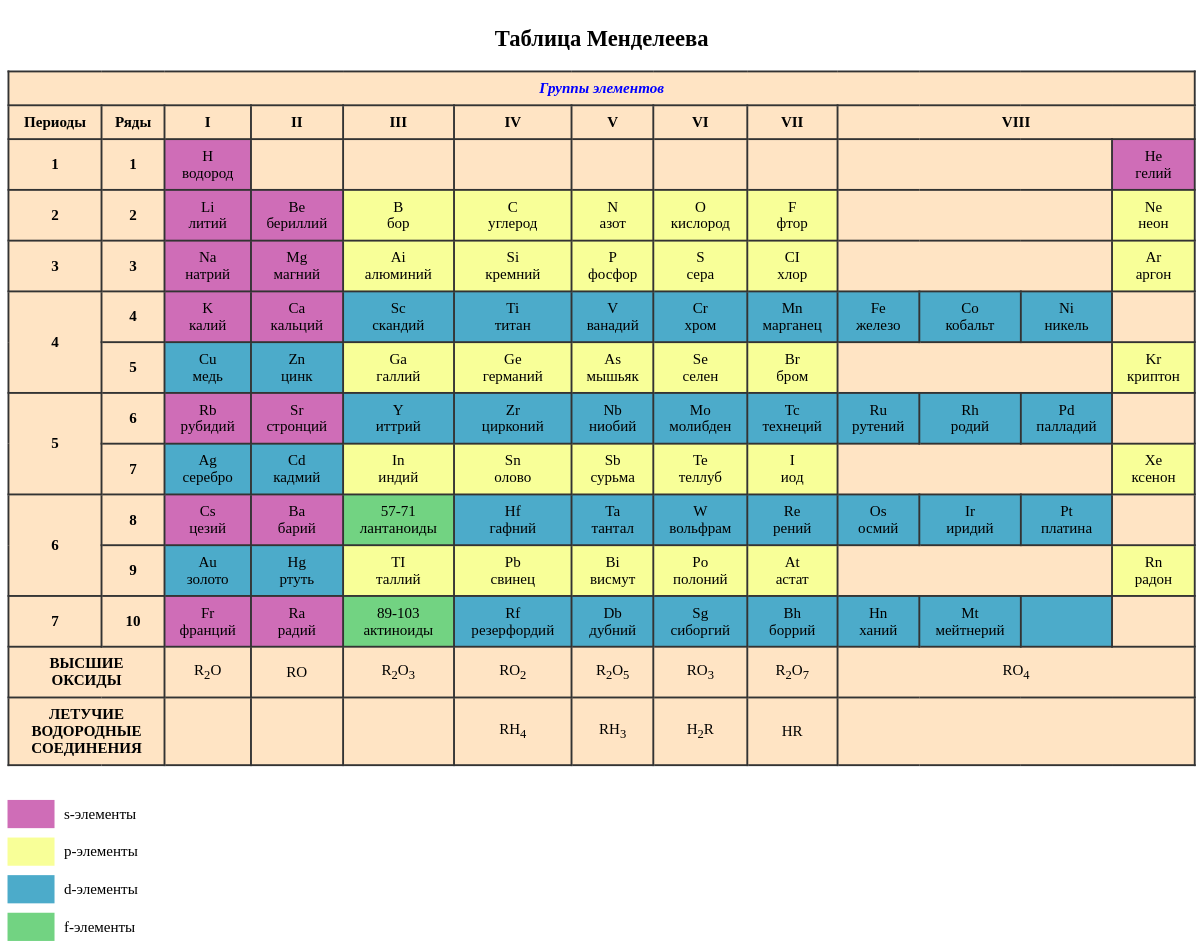
Repository: sannikovcode/exercises-a1
Page: JS/websites/01-periodic table/index.html
An editor plug-in stored every save of this project. The page is shown before and after the next save, followed by the edit.
The browser window is 1280 px wide. The pictures show the whole page, at 94% of full size.

Above is the page before, as saved 2025-10-18 16:25:18.

After the next save:
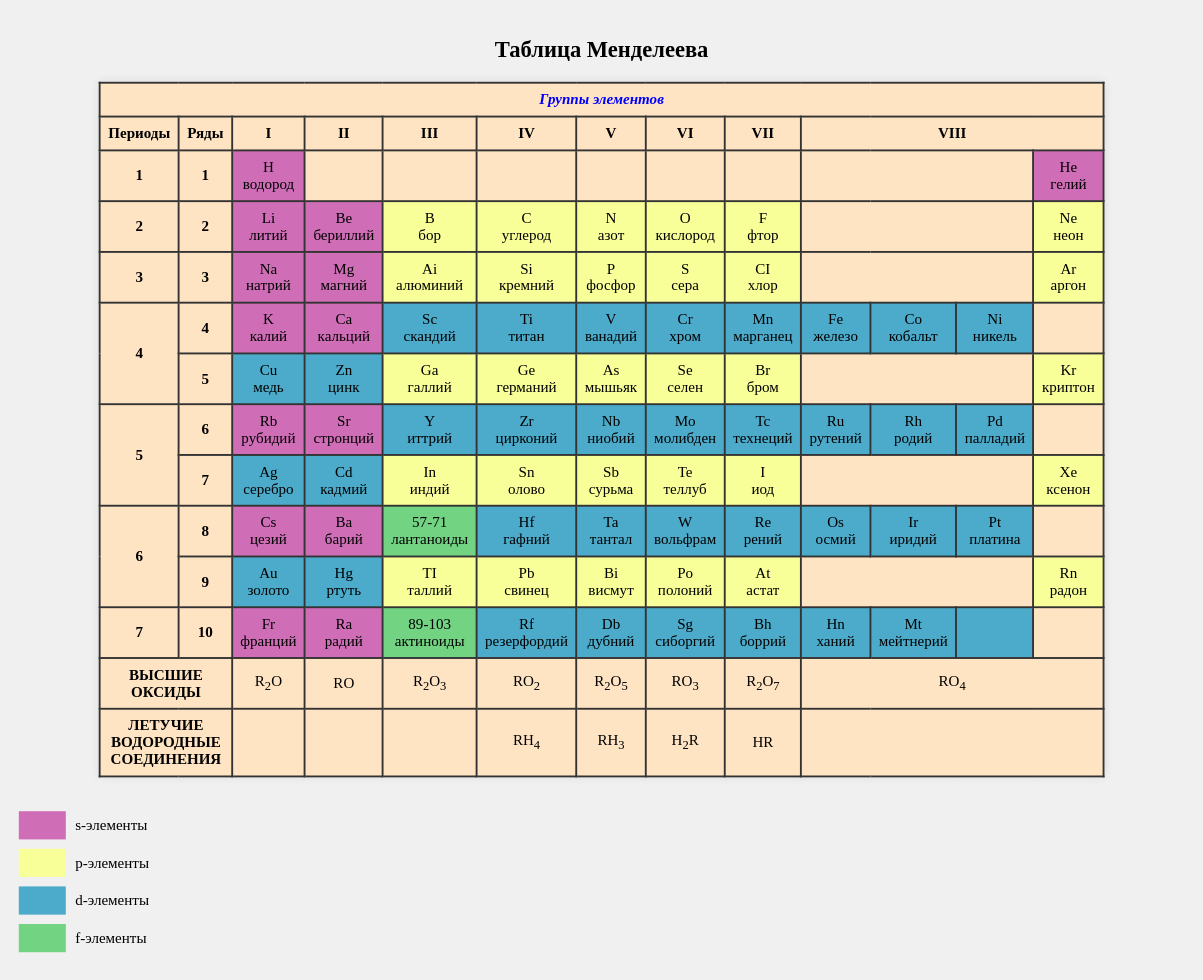
Saved 2 min 17 s later.
--- a/JS/websites/01-periodic table/styles.css
+++ b/JS/websites/01-periodic table/styles.css
@@ -27,6 +27,20 @@ thead {
 tbody tr:hover {
   background-color: #7e3e3e;     /* выделение строки при наведении */
   color: #2a1199;
+}
+body {
+  background-color: #f0f0f0; /* фон всей страницы */
+  margin: 0;
+  padding: 20px;
+}
+
+table {
+  background-color: #ffffff; /* фон таблицы */
+  border-collapse: collapse;
+  width: 100%;
+  max-width: 900px;
+  margin: 0 auto;
+  box-shadow: 0 0 10px rgba(0,0,0,0.1);
 }
 
 
